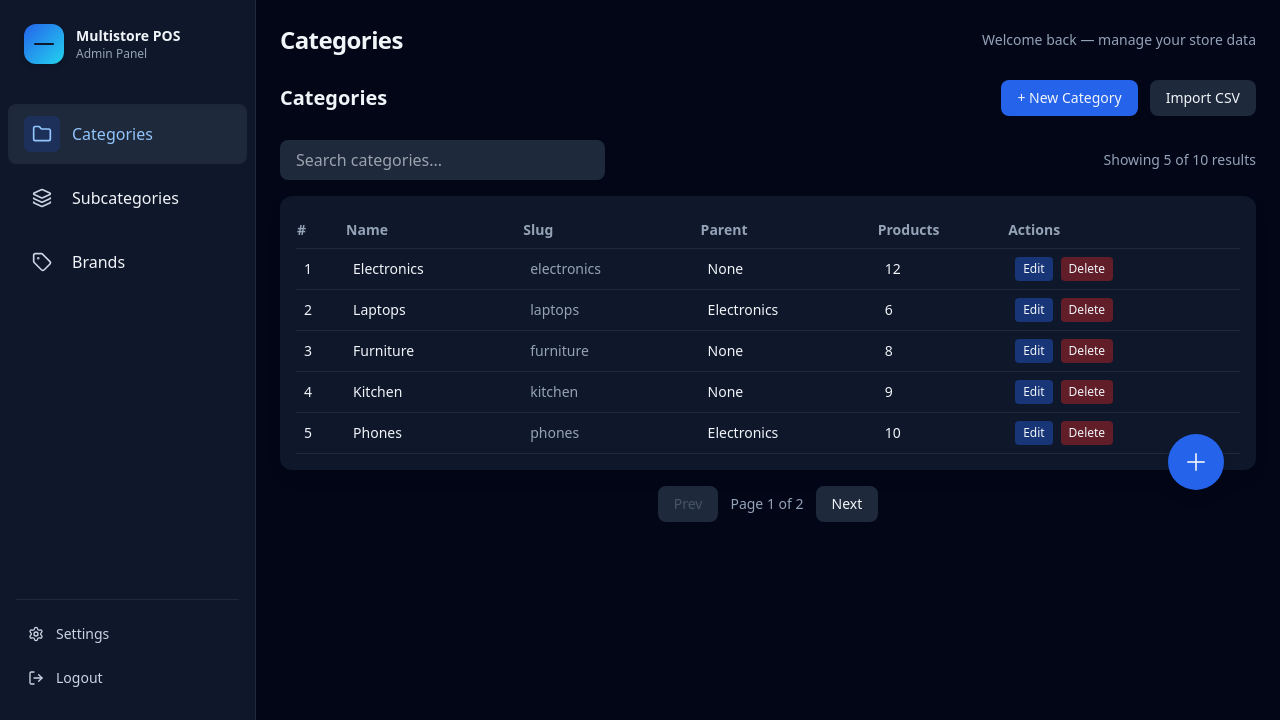
Repository: Ndegwa2/MulistorePOS
Page: /
The author's editor kept a copy of each file at every save. The page is drawn from the files as they stood at one save, then again after the next save.
The browser window is 1280 px wide. The pictures show the whole page.
The project was rebuilt for these pictures with package versions that can differ from the ones it lists, and the page was loaded fresh each time. Also part of the build but not shown: vite.config.js, Frontend/EditModal.jsx, Frontend/DeleteConfirm.jsx, Frontend/subcategory.jsx, Frontend/brand.jsx.

Above is the page before, as saved 2025-10-03 01:33:56.

After the next save:
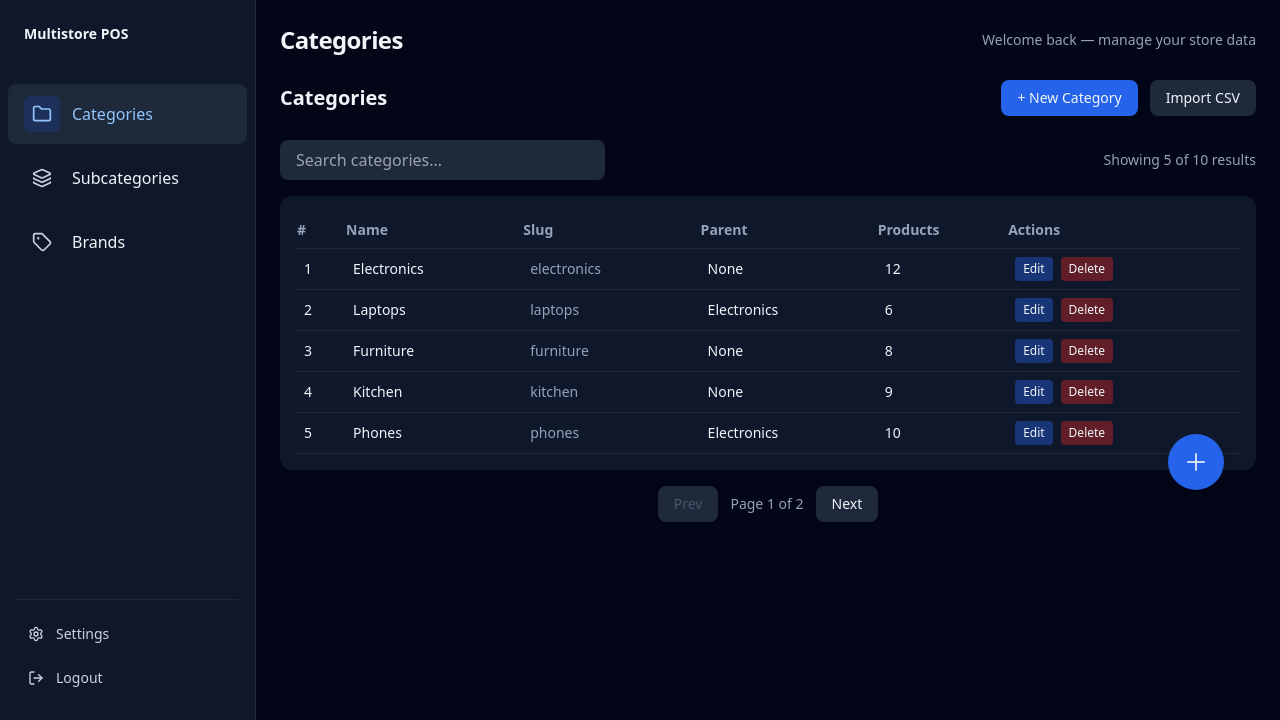
Saved 6 min 22 s later.
--- a/Frontend/dashboaord.jsx
+++ b/Frontend/dashboaord.jsx
@@ -32,15 +32,8 @@ export default function Dashboard() {
       >
         <div>
           {/* Logo / Title */}
-          <div className="px-6 py-6 flex items-center gap-3">
-            <div className="w-10 h-10 rounded-xl bg-gradient-to-br from-blue-600 to-cyan-400
-                            flex items-center justify-center shadow-md">
-              <svg viewBox="0 0 24 24" className="w-6 h-6 text-slate-900" fill="none" xmlns="http://www.w3.org/2000/svg"><path d="M3 12h18" stroke="currentColor" strokeWidth="2" strokeLinecap="round" strokeLinejoin="round"/></svg>
-            </div>
-            <div>
-              <div className="text-sm font-semibold">Multistore POS</div>
-              <div className="text-xs text-slate-400">Admin Panel</div>
-            </div>
+          <div className="px-6 py-6">
+            <div className="text-sm font-semibold">Multistore POS</div>
           </div>
 
           {/* Nav */}
